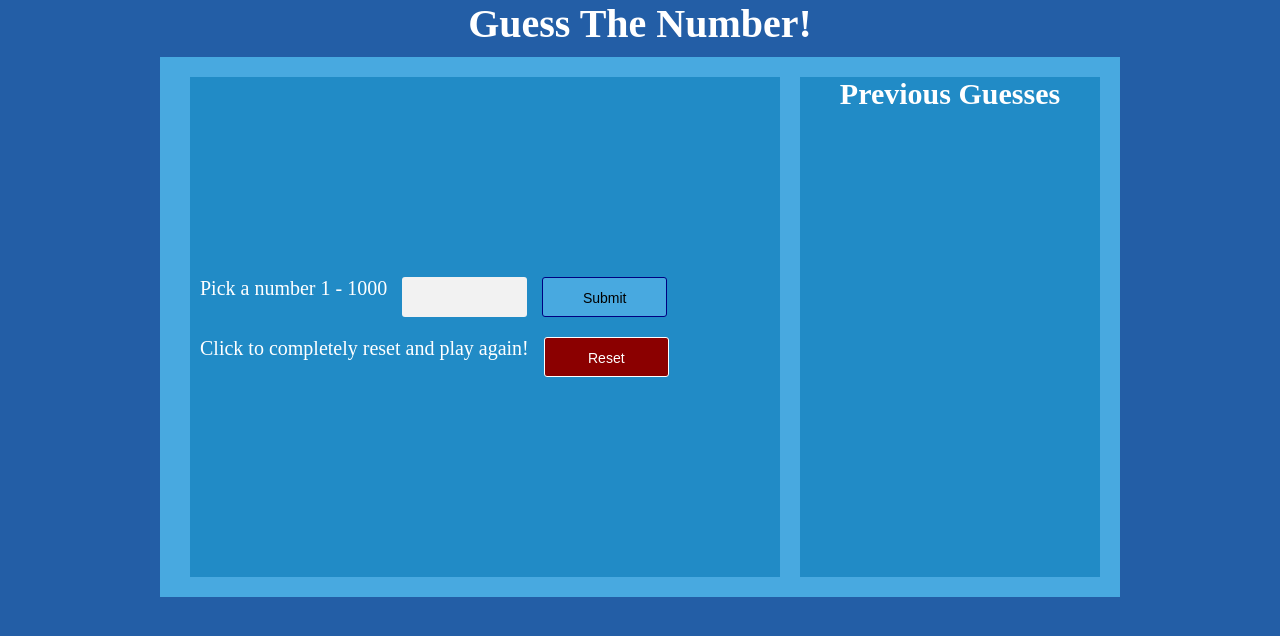
Repository: mlmEFSC21/P15-Modified-Guessing-Game
Page: guess.html
An editor plug-in stored every save of this project. The page is shown before and after the next save, followed by the edit.
The browser window is 1280 px wide. The pictures show the whole page.

Above is the page before, as saved 2022-03-21 20:52:36.

After the next save:
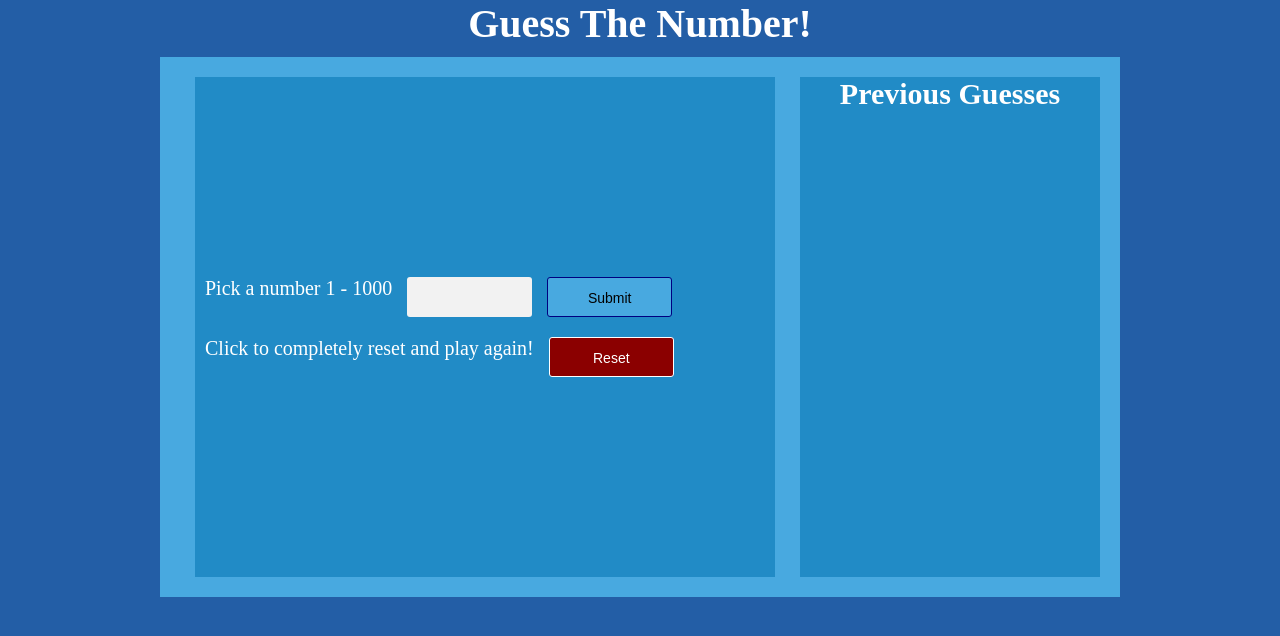
Saved 5 s later.
--- a/guess.css
+++ b/guess.css
@@ -36,7 +36,7 @@ body {
     background-color: var(--clr-primary);
     display: flex;
     flex-direction: column-reverse;
-    margin: 10px 10px;
+    margin: 10px 15px;
     padding: 10px;
     grid-column: 1 / 3;
     grid-row: 1 / 4;
